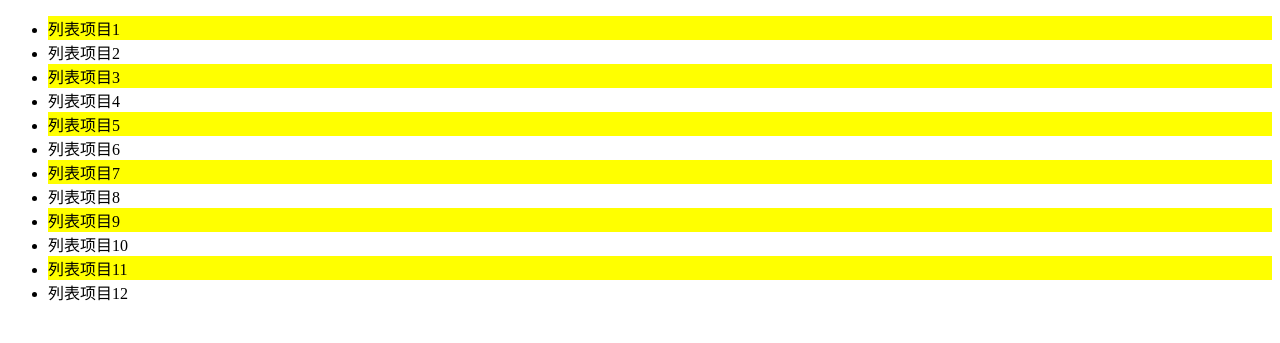
Repository: zdsherlock/HtmlCssLearn
Page: CSS/test-attSelect/index3.html
An editor plug-in stored every save of this project. The page is shown before and after the next save, followed by the edit.
The browser window is 1280 px wide. The pictures show the whole page.

Above is the page before, as saved 2021-05-07 20:11:19.

### CSS/test-attSelect/index3.html
<!DOCTYPE html>
<html lang="en">
<head>
    <meta charset="UTF-8">
    <meta http-equiv="X-UA-Compatible" content="IE=edge">
    <meta name="viewport" content="width=device-width, initial-scale=1.0">
    <title>Document</title>
    <style>
        li:nth-child(odd){
            background-color: yellow;
        }
    </style>
</head>
<body>
    <ul>
        <li>列表项目1</li>
        <li>列表项目2</li>
        <li>列表项目3</li>
        <li>列表项目4</li>
        <li>列表项目5</li>
        <li>列表项目6</li>
        <li>列表项目7</li>
        <li>列表项目8</li>
        <li>列表项目9</li>
        <li>列表项目10</li>
        <li>列表项目11</li>
        <li>列表项目12</li>
    </ul>
</body>
</html>

After the next save:
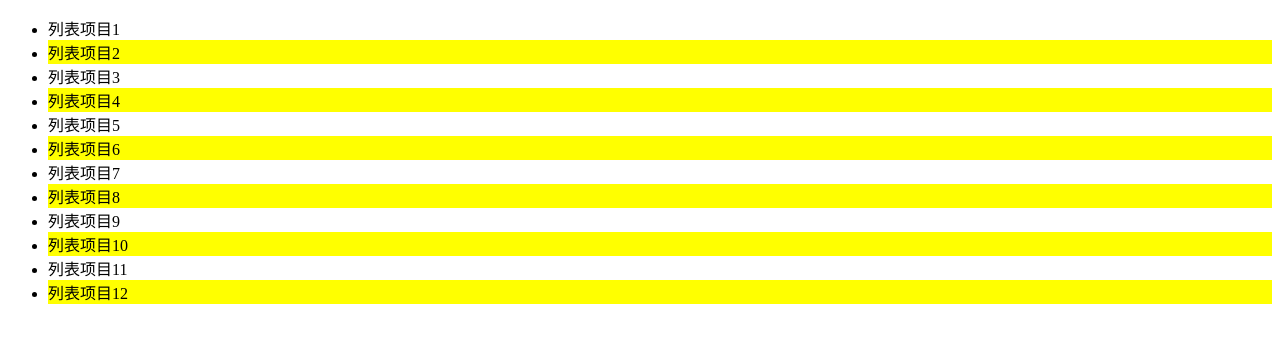
Saved 13 s later.
--- a/CSS/test-attSelect/index3.html
+++ b/CSS/test-attSelect/index3.html
@@ -6,7 +6,7 @@
     <meta name="viewport" content="width=device-width, initial-scale=1.0">
     <title>Document</title>
     <style>
-        li:nth-child(odd){
+        li:nth-child(even){
             background-color: yellow;
         }
     </style>
